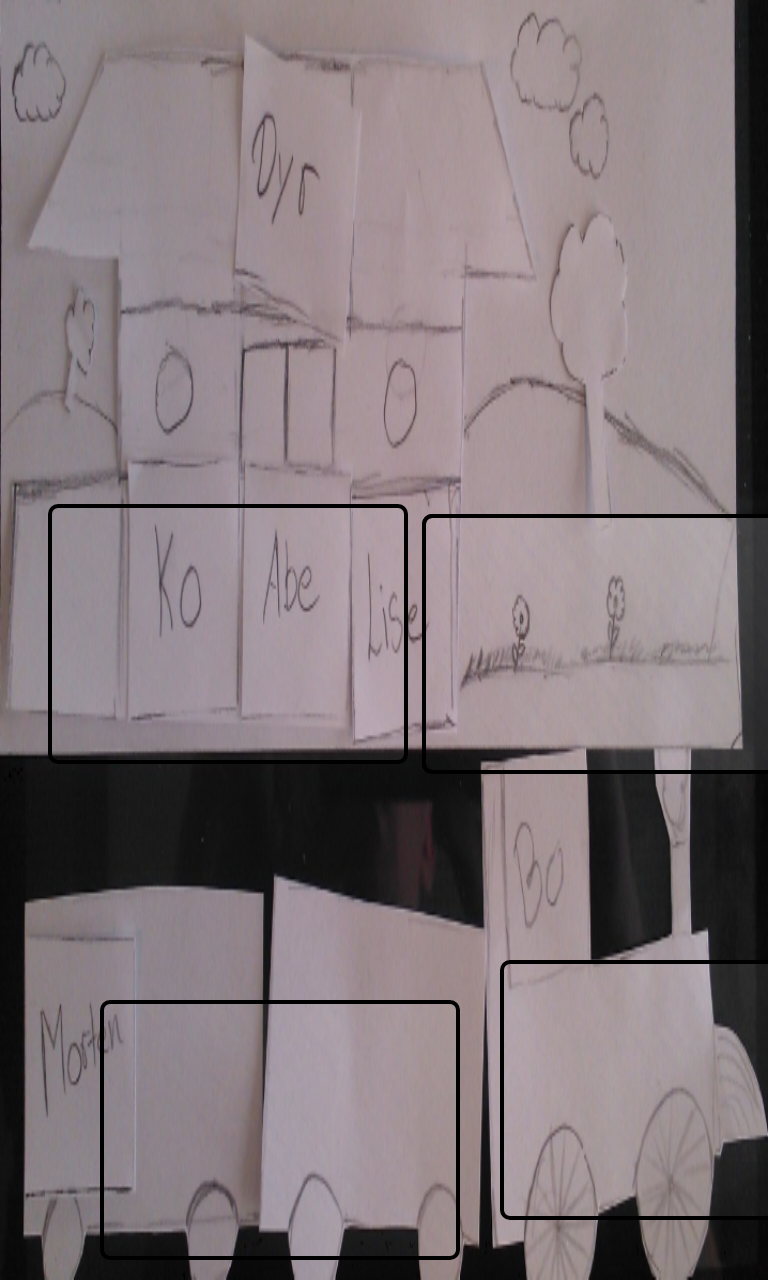
Repository: figa12/sw606f13
Layout: Source/backgroundTest/backgroundTest/res/layout/activity_main.xml
An editor plug-in stored every save of this project. The layout is shown before and after the next save, followed by the edit.
It is drawn on a 768 x 1280 px phone screen (xhdpi) without system bars, with theme AppTheme; the app's code is not run.

Above is the layout before, as saved 2013-02-28 08:55:00.

### Source/backgroundTest/backgroundTest/res/layout/activity_main.xml
<?xml version="1.0" encoding="utf-8"?>
<AbsoluteLayout xmlns:android="http://schemas.android.com/apk/res/android"
    android:layout_width="match_parent"
    android:layout_height="match_parent"
    android:columnCount="3"
    android:columnWidth="300dp"
    android:orientation="vertical"
    android:rowCount="3"
    android:stretchMode="columnWidth"
    android:background="@drawable/pic" >

    <LinearLayout
        android:id="@+id/topleft"
        android:layout_width="180dp"
        android:layout_height="130dp"
        android:layout_x="24dp"
        android:layout_y="252dp"
        android:background="@drawable/shape"
        android:tag="1" >
    </LinearLayout>

    <LinearLayout
        android:id="@+id/LinearLayout02"
        android:layout_width="180dp"
        android:layout_height="130dp"
        android:layout_x="211dp"
        android:layout_y="257dp"
        android:background="@drawable/shape"
        android:tag="1" >

        <LinearLayout
            android:id="@+id/LinearLayout03"
            android:layout_width="180dp"
            android:layout_height="130dp"
            android:background="@drawable/shape"
            android:tag="1" >
        </LinearLayout>

    </LinearLayout>

    <LinearLayout
        android:id="@+id/LinearLayout04"
        android:layout_width="180dp"
        android:layout_height="130dp"
        android:layout_x="404dp"
        android:layout_y="260dp"
        android:background="@drawable/shape"
        android:tag="1" >
    </LinearLayout>

    <LinearLayout
        android:id="@+id/LinearLayout05"
        android:layout_width="180dp"
        android:layout_height="130dp"
        android:layout_x="583dp"
        android:layout_y="260dp"
        android:background="@drawable/shape"
        android:tag="1" >
    </LinearLayout>

    <LinearLayout
        android:id="@+id/LinearLayout06"
        android:layout_width="180dp"
        android:layout_height="130dp"
        android:layout_x="404dp"
        android:layout_y="38dp"
        android:background="@drawable/shape"
        android:tag="1" >
    </LinearLayout>

    <LinearLayout
        android:id="@+id/topright"
        android:layout_width="180dp"
        android:layout_height="130dp"
        android:layout_x="250dp"
        android:layout_y="480dp"
        android:background="@drawable/shape"
        android:tag="2" >
    </LinearLayout>

    <LinearLayout
        android:id="@+id/LinearLayout07"
        android:layout_width="180dp"
        android:layout_height="130dp"
        android:layout_x="803dp"
        android:layout_y="395dp"
        android:background="@drawable/shape"
        android:tag="3" >
    </LinearLayout>

    <LinearLayout
        android:id="@+id/LinearLayout01"
        android:layout_width="180dp"
        android:layout_height="130dp"
        android:layout_x="442dp"
        android:layout_y="485dp"
        android:background="@drawable/shape"
        android:tag="3" >
    </LinearLayout>

    <LinearLayout
        android:id="@+id/bottomleft"
        android:layout_width="180dp"
        android:layout_height="130dp"
        android:layout_x="619dp"
        android:layout_y="500dp"
        android:background="@drawable/shape"
        android:tag="3" >
    </LinearLayout>

    <LinearLayout
        android:id="@+id/bottomright"
        android:layout_width="180dp"
        android:layout_height="130dp"
        android:layout_x="50dp"
        android:layout_y="500dp"
        android:background="@drawable/shape"
        android:tag="4" >
    </LinearLayout>

</AbsoluteLayout>

### Source/backgroundTest/backgroundTest/res/drawable/shape.xml
<?xml version="1.0" encoding="UTF-8"?>
<shape xmlns:android="http://schemas.android.com/apk/res/android"
    android:shape="rectangle" >

    <stroke
        android:width="2dp"
        android:color="#FF000000" />

    <gradient
        android:angle="225"
        android:startColor="#1Af8f8ff" />

    <corners
        android:bottomLeftRadius="4dp"
        android:bottomRightRadius="4dp"
        android:topLeftRadius="4dp"
        android:topRightRadius="4dp" />

</shape>

Loaded but not shown: Source/backgroundTest/backgroundTest/res/values/styles.xml (common file); Source/backgroundTest/backgroundTest/res/values-v11/styles.xml (common file); Source/backgroundTest/backgroundTest/res/values-v14/styles.xml (common file)

After the next save:
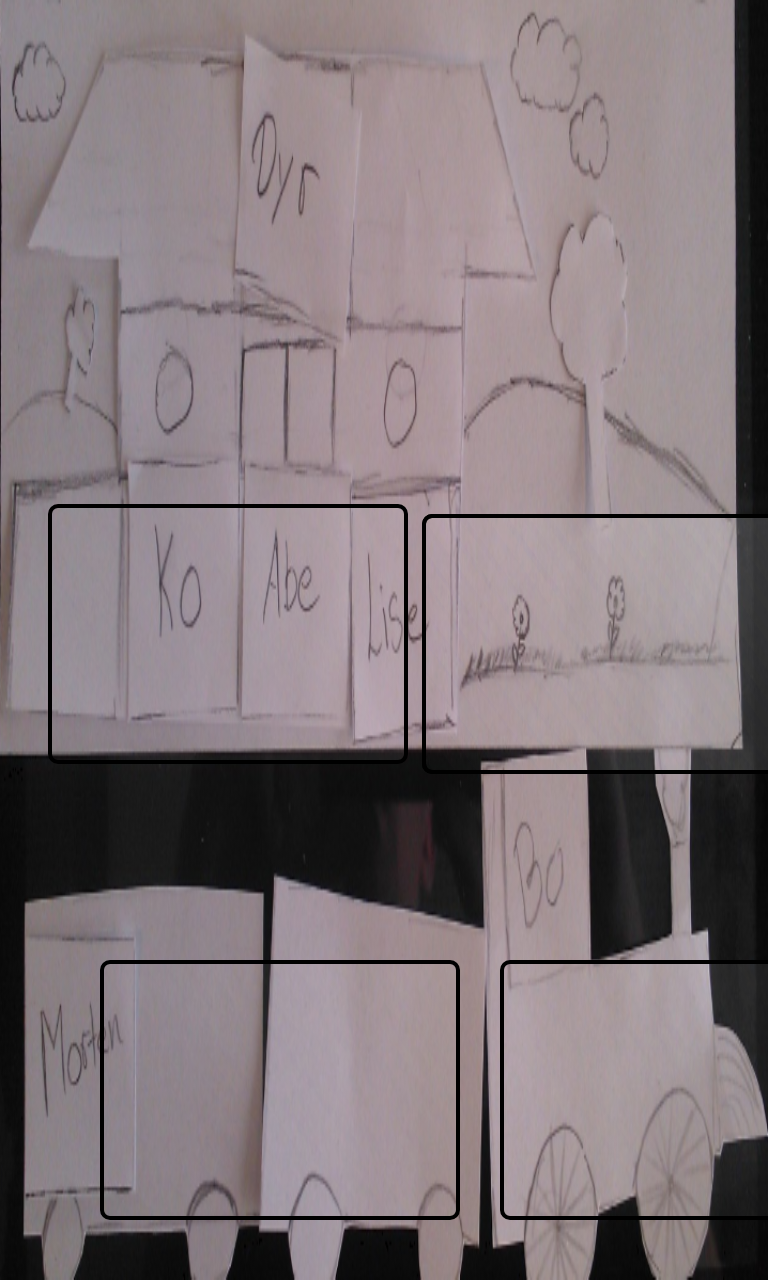
Saved 9 s later.
--- a/Source/backgroundTest/backgroundTest/res/layout/activity_main.xml
+++ b/Source/backgroundTest/backgroundTest/res/layout/activity_main.xml
@@ -113,7 +113,7 @@
         android:layout_width="180dp"
         android:layout_height="130dp"
         android:layout_x="50dp"
-        android:layout_y="500dp"
+        android:layout_y="480dp"
         android:background="@drawable/shape"
         android:tag="4" >
     </LinearLayout>
